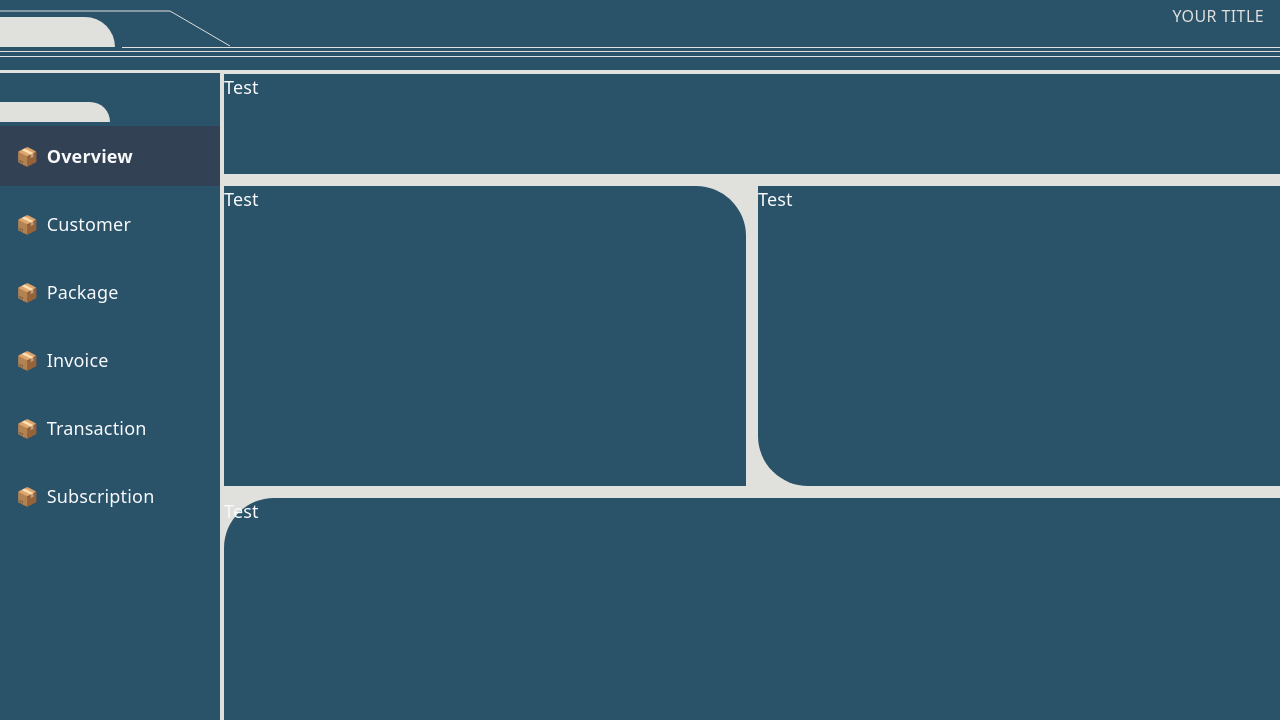
Repository: Farazdaq/stripe-payment-integration
Page: /dashboard (app in stripe-integration-react-dashboard/)
The author's editor kept a copy of each file at every save. The page is drawn from the files as they stood at one save, then again after the next save.
The browser window is 1280 px wide. The pictures show the whole page.
An inner scrolling area shows only its first screen. The project was rebuilt for these pictures with package versions that can differ from the ones it lists, and the page was loaded fresh each time. Also part of the build but not shown: stripe-integration-react-dashboard/vite.config.ts, stripe-integration-react-dashboard/src/App.css, stripe-integration-react-dashboard/src/features/dashboard/pages/Customer.tsx, stripe-integration-react-dashboard/src/features/dashboard/pages/Package.tsx, stripe-integration-react-dashboard/src/features/dashboard/pages/Invoice.tsx, stripe-integration-react-dashboard/src/features/dashboard/pages/Transaction.tsx, stripe-integration-react-dashboard/src/features/dashboard/pages/Subscription.tsx.

Above is the page before, as saved 2026-05-12 17:05:01.

### stripe-integration-react-dashboard/index.html
<!doctype html>
<html lang="en">
  <head>
    <meta charset="UTF-8" />
    <link rel="icon" type="image/svg+xml" href="/favicon.svg" />
    <meta name="viewport" content="width=device-width, initial-scale=1.0" />
    <title>web-app</title>
  </head>
  <body>
    <div id="root"></div>
    <script type="module" src="/src/main.tsx"></script>
  </body>
</html>

### stripe-integration-react-dashboard/src/index.css
@tailwind base;
@tailwind components;
@tailwind utilities;

/* =========================
   THEME VARIABLES
========================= */
:root {
  --text: #6b6375;
  --text-h: #08060d;
  --bg: #ffffff;
  --border: #e5e4e7;
  --code-bg: #f4f3ec;

  --accent: #aa3bff;
  --accent-bg: rgba(170, 59, 255, 0.1);
  --accent-border: rgba(170, 59, 255, 0.5);

  --social-bg: rgba(244, 243, 236, 0.5);

  --shadow:
    rgba(0, 0, 0, 0.1) 0 10px 15px -3px, rgba(0, 0, 0, 0.05) 0 4px 6px -2px;

  --sans: system-ui, "Segoe UI", Roboto, sans-serif;
  --heading: system-ui, "Segoe UI", Roboto, sans-serif;
  --mono: ui-monospace, Consolas, monospace;
}

/* =========================
   DARK MODE (system-based)
   ⚠️ later you can replace with .dark class
========================= */
@media (prefers-color-scheme: dark) {
  :root {
    --text: #9ca3af;
    --text-h: #f3f4f6;
    --bg: #16171d;
    --border: #2e303a;
    --code-bg: #1f2028;

    --accent: #c084fc;
    --accent-bg: rgba(192, 132, 252, 0.15);
    --accent-border: rgba(192, 132, 252, 0.5);

    --social-bg: rgba(47, 48, 58, 0.5);

    --shadow:
      rgba(0, 0, 0, 0.4) 0 10px 15px -3px, rgba(0, 0, 0, 0.25) 0 4px 6px -2px;
  }
}

/* =========================
   ROOT FIX (IMPORTANT)
   THIS FIXES YOUR LAYOUT ISSUE
========================= */
#root {
  width: 100%;
  min-height: 100vh;
  margin: 0;
  display: flex;
  flex-direction: column;
  box-sizing: border-box;
}

/* =========================
   GLOBAL RESET
========================= */
body {
  margin: 0;
  background: var(--bg);
  color: var(--text);
  font: 18px/145% var(--sans);
  letter-spacing: 0.18px;
  -webkit-font-smoothing: antialiased;
  -moz-osx-font-smoothing: grayscale;
}

/* =========================
   TYPOGRAPHY
========================= */
h1,
h2 {
  font-family: var(--heading);
  font-weight: 500;
  color: var(--text-h);
}

h1 {
  font-size: 56px;
  letter-spacing: -1.68px;
  margin: 32px 0;
}

h2 {
  font-size: 24px;
  line-height: 118%;
  letter-spacing: -0.24px;
  margin: 0 0 8px;
}

p {
  margin: 0;
}

/* =========================
   CODE BLOCKS
========================= */
code,
.counter {
  font-family: var(--mono);
  display: inline-flex;
  border-radius: 4px;
  color: var(--text-h);
}

code {
  font-size: 15px;
  line-height: 135%;
  padding: 4px 8px;
  background: var(--code-bg);
}

### stripe-integration-react-dashboard/src/App.tsx
import "./App.css";
import { RouterProvider } from "react-router-dom";
import { router } from "./routes";
import { ThemeProvider } from "./theme/ThemeProvider";
import "./i18n/i18n";

function App() {
  return (
    <ThemeProvider>
      <RouterProvider router={router} />
    </ThemeProvider>
  );
}

export default App;

### stripe-integration-react-dashboard/src/routes.tsx
import { createBrowserRouter } from "react-router-dom"; // Import the necessary components for routing
import DashboardLayout from "./features/dashboard/layout/DashboardLayout"; // Import the layout component for the dashboard, which will be used as a wrapper for the child routes.

// Define the router configuration using createBrowserRouter
// The router is structured as follows:
// - The root path ("/") uses the DashboardLayout component as its element.
// - The DashboardLayout component has child routes
// - The index route ("/") renders the DashboardPage component.

export const router = createBrowserRouter([
  // MAIN APP
  {
    path: "/",
    element: "App page",
  },

  // DASHBOARD
  {
    path: "/dashboard",
    element: <DashboardLayout />,
  },
]);

### stripe-integration-react-dashboard/src/theme/ThemeProvider.tsx
import { useState } from "react";
import type { ReactNode } from "react";
import { themes } from "./theme.config";
import { ThemeContext, type ThemeMode } from "./theme.context";

type Props = {
  children: ReactNode;
};

export function ThemeProvider({ children }: Props) {
  const [mode, setMode] = useState<ThemeMode>("dark");

  const theme = themes[mode];

  return (
    <ThemeContext.Provider value={{ mode, setMode, theme }}>
      <div
        style={{
          backgroundColor: theme.colors.bg,
          color: theme.colors.text,
          minHeight: "100vh",
          transition: "0.3s ease",
        }}
      >
        {children}
      </div>
    </ThemeContext.Provider>
  );
}

### stripe-integration-react-dashboard/src/i18n/i18n.ts
import i18n from "i18next";
import { initReactI18next } from "react-i18next";

import en from "./locales/en.json";
import ar from "./locales/ar.json";

i18n.use(initReactI18next).init({
  resources: {
    en: { translation: en },
    ar: { translation: ar },
  },

  lng: "en",
  fallbackLng: "en",

  interpolation: {
    escapeValue: false,
  },
});

export default i18n;

### stripe-integration-react-dashboard/src/features/dashboard/layout/DashboardLayout.tsx
import { useState } from "react";
import { useTheme } from "../../../theme/useTheme";

import {
  Navbar,
  Sidebar,
  Overview,
  Customer,
  Package,
  Invoice,
  Transaction,
  Subscription,
} from "./export.ts";

export default function DashboardLayout() {
  const { theme } = useTheme();
  const [activePage, setActivePage] = useState("overview");

  return (
    <div
      className="flex flex-col w-screen h-screen overflow-hidden"
      style={{
        backgroundColor: theme.colors.bg,
      }}
    >
      {/* TOP NAVBAR */}
      <div className="shrink-0">
        <Navbar />
      </div>

      {/* BODY */}
      <div className="flex flex-1 min-h-0 overflow-hidden">
        {/* SIDEBAR */}
        <div className="h-full shrink-0">
          <Sidebar active={activePage} setActive={setActivePage} />
        </div>

        {/* MAIN CONTENT */}
        <main className="flex-1 h-full overflow-y-auto overflow-x-hidden pt-1 pl-1">
          <div className="min-h-full">
            {activePage === "overview" && <Overview />}
            {activePage === "customer" && <Customer />}
            {activePage === "package" && <Package />}
            {activePage === "invoice" && <Invoice />}
            {activePage === "transaction" && <Transaction />}
            {activePage === "subscription" && <Subscription />}
          </div>
        </main>
      </div>
    </div>
  );
}

### stripe-integration-react-dashboard/src/theme/theme.config.ts
export const themes = {
  light: {
    colors: {
      bg: "#f9fafb",
      text: "#111827",
      containerCopBackgroundColor: "#2A5269",
      borderColor: "#111827",
      sidebar: "#ffffff",
      navbar: "#ffffff",
      border: "#e5e7eb",
    },
  },

  dark: {
    colors: {
      bg: "#E0E0DD",
      text: "#f8fafc",
      containerCopBackgroundColor: "#2A5269",
      borderColor: "#111827",
      sidebar: "#2A5269",
      navbar: "#2A5269",
      border: "#334155",
    },
  },
};

### stripe-integration-react-dashboard/src/theme/theme.context.ts
import { createContext } from "react";
import { themes } from "./theme.config";

export type ThemeMode = "light" | "dark";

// 👇 infer theme structure from your config
export type Theme = (typeof themes)["light"];

export type ThemeContextType = {
  mode: ThemeMode;
  setMode: (mode: ThemeMode) => void;
  theme: Theme;
};

export const ThemeContext = createContext<ThemeContextType | null>(null);

### stripe-integration-react-dashboard/src/i18n/locales/en.json
{
  "dashboard": {
    "title": "Dashboard"
  },
  "sidebar": {
    "users": "Users"
  }
}

### stripe-integration-react-dashboard/src/i18n/locales/ar.json
{
  "dashboard": {
    "title": "لوحة التحكم"
  },
  "sidebar": {
    "users": "المستخدمين"
  }
}

### stripe-integration-react-dashboard/src/theme/useTheme.ts
import { useContext } from "react";
import { ThemeContext } from "./theme.context";

export function useTheme() {
  const context = useContext(ThemeContext);

  if (!context) {
    throw new Error("useTheme must be used inside ThemeProvider");
  }

  return context;
}

### stripe-integration-react-dashboard/src/features/dashboard/layout/export.ts
export { default as Navbar } from "./Navbar";
export { default as Sidebar } from "./Sidebar/Sidebar";

export { default as Overview } from "../pages/Overview";
export { default as Customer } from "../pages/Customer";
export { default as Package } from "../pages/Package";
export { default as Invoice } from "../pages/Invoice";
export { default as Transaction } from "../pages/Transaction";
export { default as Subscription } from "../pages/Subscription";

### stripe-integration-react-dashboard/src/features/dashboard/layout/Navbar.tsx
import { useTheme } from "../../../theme/useTheme";
import ThemeSwitch from "../../../components/ThemeSwitch";
import LanguageDropdown from "../../../components/LanguageDropdown";
import LineShaper from "../../../components/LineShaper";
import LineDivider from "../../../components/LineDivider";

export default function Navbar() {
  const { theme } = useTheme();

  return (
    <div
      className="relative w-screen h-[40px] md:h-[50px] lg:h-[70px]"
      style={{
        paddingTop: "10px",
        background: theme.colors.navbar,
      }}
    >
      {/* Title */}
      <p
        className="absolute right-4 top-1 text-xs md:text-sm lg:text-base tracking-wide"
        style={{ color: "#E0E0DD" }}
      >
        YOUR TITLE
      </p>

      <div className="flex flex-col gap-1 md:gap-1">
        <div style={{ height: "3px", overflow: "visible" }}>
          <LineDivider
            color="#E0E0DD"
            thickness="1px"
            points={[{ x: 0, y: 0 }, { x: 170, y: 0 }, { d: 35 }]}
          />

          <div className="ml-[9.5%] mb-1">
            <LineDivider color="#E0E0DD" thickness="1px" />
          </div>
        </div>

        <LineShaper
          color="#E0E0DD"
          thickness={30}
          length={"9%"}
          radiusRightTop={50}
        />

        <LineDivider color="#E0E0DD" thickness="0.9px" />
        <LineDivider color="#E0E0DD" thickness="0.9px" />
      </div>
    </div>
  );
}

### stripe-integration-react-dashboard/src/features/dashboard/layout/Sidebar/Sidebar.tsx
import LineShaper from "../../../../components/LineShaper";
import { useTheme } from "../../../../theme/useTheme";
import { sidebarItems } from "./sidebar.config";

type SidebarItem = {
  key: string;
  label: string;
};

type SidebarProps = {
  active: string;
  setActive: (key: string) => void;
};

export default function Sidebar({ active, setActive }: SidebarProps) {
  const { theme } = useTheme();

  return (
    <div
      className="w-[80px] md:w-[220px] min-h-screen pt-[4vh] mt-[0.4vh] py-2.5 transition-all duration-300 shrink-0"
      style={{ background: theme.colors.sidebar }}
    >
      <LineShaper
        color="#E0E0DD"
        thickness={20}
        length={"50%"}
        marginBottom={4}
        radiusRightTop={50}
      />
      {sidebarItems.map((item: SidebarItem) => {
        const isActive = active === item.key;

        return (
          <div key={item.key} className="flex">
            <button
              onClick={() => setActive(item.key)}
              className="w-full mb-2 cursor-pointer flex items-center justify-center md:justify-start gap-0 md:gap-2 p-3 md:p-4 transition-all duration-200"
              style={{
                background: isActive ? theme.colors.border : "transparent",
                color: theme.colors.text,
                fontWeight: isActive ? "600" : "400",
              }}
            >
              {/* Icon */}
              <span className="text-2xl md:text-lg flex items-center justify-center w-full md:w-auto">
                📦
              </span>

              {/* Label */}
              <div className="hidden md:inline text-base lg:text-lg">
                {item.label}
              </div>
            </button>
          </div>
        );
      })}
    </div>
  );
}

### stripe-integration-react-dashboard/src/features/dashboard/pages/Overview.tsx
import { useTranslation } from "react-i18next";
import ContainerComp from "../../../components/ContainerComp";
import LineChartComp from "../../../components/LineChartComp";

function MockComponent() {
  return <div>Test</div>;
}
export default function Overview() {
  const { t } = useTranslation();

  return (
    <div className="flex flex-col gap-3 md:gap-3 pt-[0.3px] md:pt-[0.3px]">
      {/* Top containers */}
      <ContainerComp height={100} componentDisplay={<MockComponent />} />

      {/* Bottom horizontal containers */}
      <div className="flex flex-col md:flex-row gap-3 md:gap-3">
        <div className="flex-1">
          <ContainerComp
            radiusRightTop={50}
            height={300}
            componentDisplay={<MockComponent />}
          />
        </div>

        <div className="flex-1">
          <ContainerComp
            radiusLeftBottom={50}
            height={300}
            componentDisplay={<MockComponent />}
          />
        </div>
      </div>
      <ContainerComp
        radiusLeftTop={50}
        height={456}
        componentDisplay={<MockComponent />}
      />
    </div>
  );
}

### stripe-integration-react-dashboard/src/components/LineShaper.tsx
type LineShaperProps = {
  color?: string;
  radiusLeftTop?: number;
  radiusLeftBottom?: number;
  radiusRightTop?: number;
  radiusRightBottom?: number;
  thickness?: number;
  length?: number | string;

  // NEW OPTIONAL MARGINS
  marginTop?: number | string;
  marginBottom?: number | string;
  marginLeft?: number | string;
  marginRight?: number | string;
};

export default function LineShaper({
  color = "#000",
  radiusLeftTop = 0,
  radiusLeftBottom = 0,
  radiusRightTop = 0,
  radiusRightBottom = 0,
  thickness = 2,
  length = "100%",

  marginTop,
  marginBottom,
  marginLeft,
  marginRight,
}: LineShaperProps) {
  return (
    <div
      style={{
        backgroundColor: color,
        height: thickness,
        width: length,

        borderTopLeftRadius: radiusLeftTop,
        borderBottomLeftRadius: radiusLeftBottom,
        borderTopRightRadius: radiusRightTop,
        borderBottomRightRadius: radiusRightBottom,

        // Only apply margins if passed
        ...(marginTop !== undefined && { marginTop }),
        ...(marginBottom !== undefined && { marginBottom }),
        ...(marginLeft !== undefined && { marginLeft }),
        ...(marginRight !== undefined && { marginRight }),
      }}
    />
  );
}

### stripe-integration-react-dashboard/src/components/LineDivider.tsx
type Point = {
  x?: number | string; // allow "100%"
  y?: number;
  d?: number; // relative vertical movement
};

type LineDividerProps = {
  color?: string;
  thickness?: string;
  width?: string;
  margin?: string;
  style?: React.CSSProperties;
  points?: Point[];
};

export default function LineDivider({
  color = "red",
  thickness = "2px",
  width = "100%",
  margin = "0",
  style = {},
  points,
}: LineDividerProps) {
  // If no points → simple divider
  if (!points || points.length === 0) {
    return (
      <div
        style={{
          height: thickness,
          width,
          backgroundColor: color,
          margin,
          ...style,
        }}
      />
    );
  }

  // Convert relative points (d) into absolute x,y
  const computedPoints: { x: number | string; y: number }[] = [];

  points.forEach((p, i) => {
    if (i === 0) {
      computedPoints.push({
        x: p.x ?? 0,
        y: p.y ?? 0,
      });
    } else {
      const prev = computedPoints[i - 1];

      computedPoints.push({
        x: p.x ?? (typeof prev.x === "number" ? prev.x + 60 : prev.x),
        y: p.d !== undefined ? prev.y + p.d : (p.y ?? prev.y),
      });
    }
  });

  // ⭐ AUTO‑EXTEND LAST POINT TO 100% WIDTH
  const last = computedPoints[computedPoints.length - 1];
  computedPoints.push({
    x: "100%",
    y: last.y,
  });

  // Calculate bounds
  const ys = computedPoints.map((p) => p.y);
  const minY = Math.min(...ys);
  const maxY = Math.max(...ys);

  const lineThickness = parseFloat(thickness) || 2;
  const svgHeight = maxY - minY + lineThickness * 2;

  // Build SVG path
  const path = computedPoints
    .map((p, i) => {
      const x = p.x;
      const y = p.y - minY + lineThickness;
      return `${i === 0 ? "M" : "L"} ${x} ${y}`;
    })
    .join(" ");

  return (
    <svg
      width="100%"
      height={svgHeight}
      preserveAspectRatio="none"
      style={{ display: "block", margin, ...style }}
    >
      <path d={path} stroke={color} strokeWidth={lineThickness} fill="none" />
    </svg>
  );
}

### stripe-integration-react-dashboard/src/features/dashboard/layout/Sidebar/sidebar.config.ts
export const sidebarItems = [
  {
    key: "overview",
    label: "Overview",
  },

  {
    key: "customer",
    label: "Customer",
  },
  {
    key: "package",
    label: "Package",
  },
  {
    key: "invoice",
    label: "Invoice",
  },
  {
    key: "transaction",
    label: "Transaction",
  },
  {
    key: "subscription",
    label: "Subscription",
  },
];

### stripe-integration-react-dashboard/src/components/ContainerComp.tsx
import { useTheme } from "../theme/useTheme";

type ContainerCompProps = {
  width?: number;
  height?: number;
  radiusAll?: number;
  radiusLeftTop?: number;
  radiusLeftBottom?: number;
  radiusRightTop?: number;
  radiusRightBottom?: number;
  background?: string;
  borderColor?: string;
  border?: boolean;
  stroke?: number;
  componentDisplay: React.ReactNode;
};

export default function ContainerComp({
  width,
  height,
  radiusAll,
  radiusLeftTop,
  radiusLeftBottom,
  radiusRightTop,
  radiusRightBottom,
  background,
  borderColor,
  border,
  stroke,
  componentDisplay: ComponentDisplay,
}: ContainerCompProps) {
  const { theme } = useTheme();
  const style: React.CSSProperties = {
    width,
    height,
    background: background
      ? background
      : theme.colors.containerCopBackgroundColor,
    border: border
      ? `${stroke ?? 1}px solid ${borderColor ? borderColor : theme.colors.borderColor}`
      : undefined,
    borderTopLeftRadius: radiusLeftTop ?? radiusAll,
    borderBottomLeftRadius: radiusLeftBottom ?? radiusAll,
    borderTopRightRadius: radiusRightTop ?? radiusAll,
    borderBottomRightRadius: radiusRightBottom ?? radiusAll,
  };

  return (
    <div data-testid="container1" style={style}>
      {ComponentDisplay}
    </div>
  );
}

Loaded but not shown: stripe-integration-react-dashboard/src/main.tsx (common file); stripe-integration-react-dashboard/tailwind.config.js (common file)

After the next save:
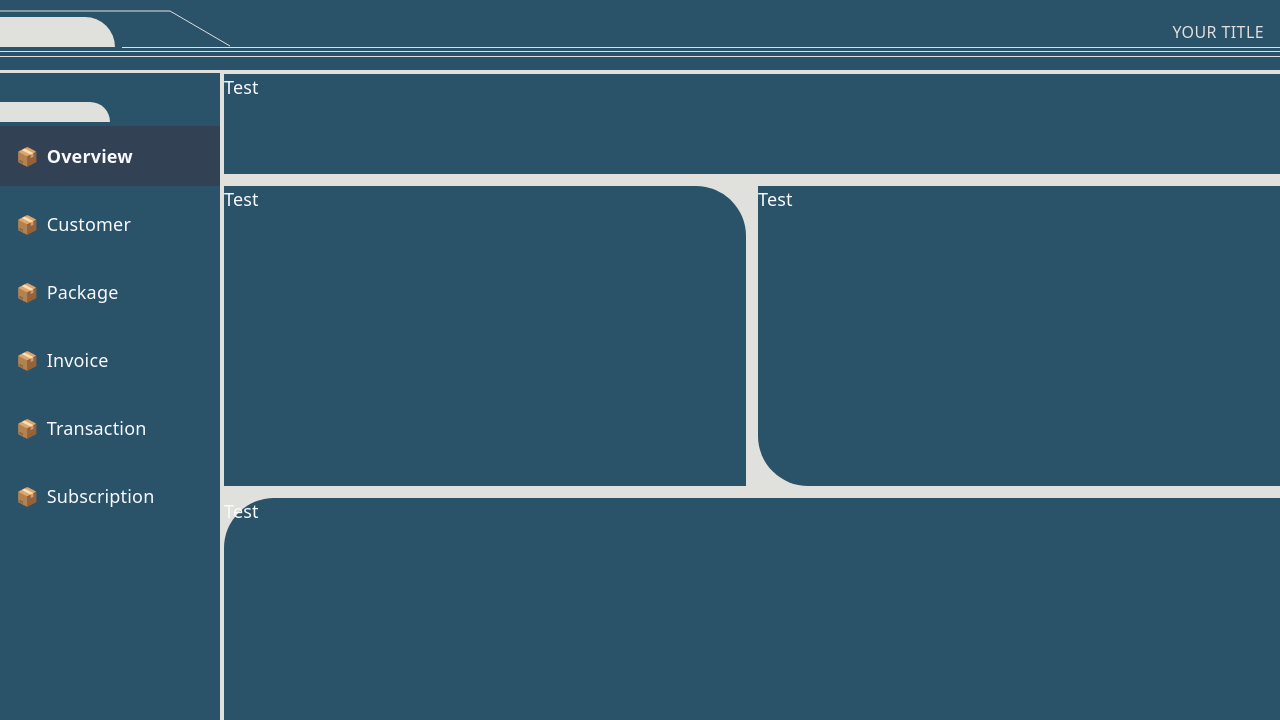
Saved 44 s later.
--- a/stripe-integration-react-dashboard/src/features/dashboard/layout/Navbar.tsx
+++ b/stripe-integration-react-dashboard/src/features/dashboard/layout/Navbar.tsx
@@ -17,7 +17,7 @@ export default function Navbar() {
     >
       {/* Title */}
       <p
-        className="absolute right-4 top-1 text-xs md:text-sm lg:text-base tracking-wide"
+        className="absolute right-4 top-5 text-xs md:text-sm lg:text-base tracking-wide"
         style={{ color: "#E0E0DD" }}
       >
         YOUR TITLE
